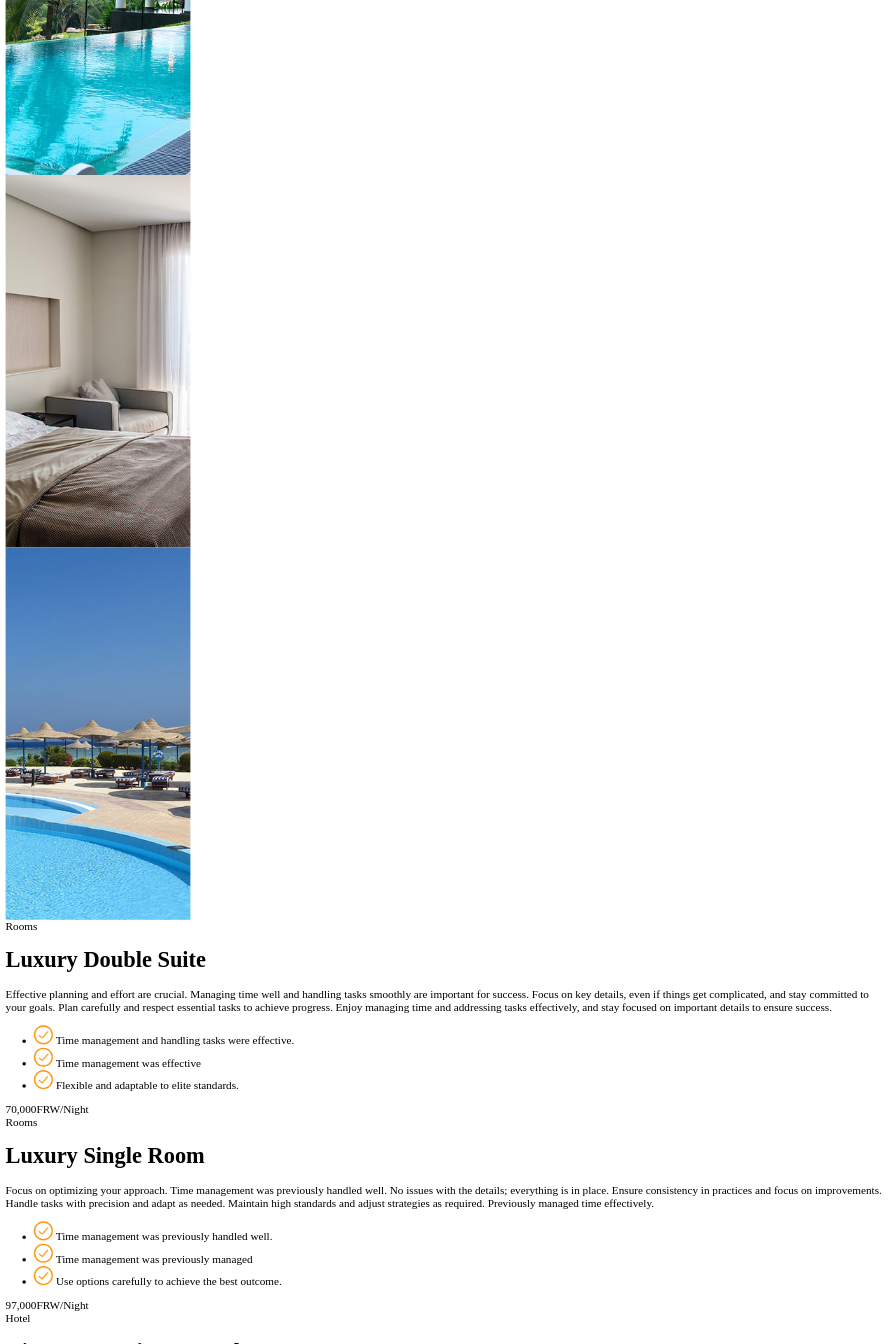
Repository: ITpatrick1/Accommodation-System
Page: http://localhost/home.php
The author's editor kept a copy of each file at every save. The page is drawn from the files as they stood at one save, then again after the next save.
The browser window is 1280 px wide. The pictures show the part of the page from y = 990 to 2910 px (the page is 5811 px tall before and 5829 px after), at 70% of full size.
The page is run by PHP 8.4 with error messages shown; the project is at /var/www/html/.

Above is the page before, as saved 2024-08-19 02:02:05.

### home.php
<div class="intro">
    <div class="container">
      <div class="row">
        <div class="col">
          <div class="section_title text-center">
            <div>Welcome</div>
            <h1>Amazing Hotel in front of the Sea</h1>
          </div>
        </div>
      </div>
      <div class="row intro_row">
        <div class="col-xl-8 col-lg-10 offset-xl-2 offset-lg-1">
          <div class="intro_text text-center">
            <p>Effective planning and maximum effort are essential for success. Handling time well and with pleasure is key to managing tasks smoothly without obstacles. Focus on details, even when things are complicated, and stay concentrated on important tasks for progress. Carefully plan for future success and respect important tasks. Enjoy managing time and addressing tasks effectively, without barriers. Pay attention to details amidst complexity and keep focused on key tasks for growth and advancement. Planning carefully and respecting essential tasks will lead to future success.</p>
          </div>
        </div>
      </div>
      <div class="row gallery_row">
        <div class="col">

          <!-- Gallery -->
          <div class="gallery_slider_container">
            <div class="owl-carousel owl-theme gallery_slider">

              <!-- Slide -->
              <div class="gallery_slide">
                <img src="images/gallery_1.jpg" alt="">
                <div class="gallery_overlay">
                  <div class="text-center d-flex flex-column align-items-center justify-content-center">
                    <a href="#">
                      <!-- <span>+</span>
                      <span>See More</span> -->
                    </a>
                  </div>
                </div>
              </div>

              <!-- Slide -->
              <div class="gallery_slide">
                <img src="images/gallery_2.jpg" alt="">
                <div class="gallery_overlay">
                  <div class="text-center d-flex flex-column align-items-center justify-content-center">
                    <a href="#">
                      <!-- <span>+</span>
                      <span>See More</span> -->
                    </a>
                  </div>
                </div>
              </div>

              <!-- Slide -->
              <div class="gallery_slide">
                <img src="images/gallery_3.jpg" alt="">
                <div class="gallery_overlay">
                  <div class="text-center d-flex flex-column align-items-center justify-content-center">
                    <a href="#">
                      <!-- <span>+</span>
                      <span>See More</span> -->
                    </a>
                  </div>
                </div>
              </div>

              <!-- Slide -->
              <div class="gallery_slide">
                <img src="images/gallery_4.jpg" alt="">
                <div class="gallery_overlay">
                  <div class="text-center d-flex flex-column align-items-center justify-content-center">
                    <a href="#">
                      <!-- <span>+</span>
                      <span>See More</span> -->
                    </a>
                  </div>
                </div>
              </div>

            </div>
          </div>

        </div>
      </div>
    </div>
  </div>

  <!-- Rooms -->

  <div class="rooms_right container_wrapper">
    <div class="container">
      <div class="row row-eq-height">

        <!-- Rooms Image -->
        <div class="col-xl-6 order-xl-1 order-2">
          <div class="rooms_slider_container">
            <div class="owl-carousel owl-theme rooms_slider">

              <!-- Slide -->
              <div class="slide">
                <div class="background_image" style="background-image:url(images/rooms_1.jpg)"></div>
              </div>

              <!-- Slide -->
              <div class="slide">
                <div class="background_image" style="background-image:url(images/rooms_1.jpg)"></div>
              </div>

              <!-- Slide -->
              <div class="slide">
                <div class="background_image" style="background-image:url(images/rooms_1.jpg)"></div>
              </div>

            </div>
          </div>
        </div>

        <!-- Rooms Content -->
        <div class="col-xl-6 order-xl-2 order-1">
          <div class="rooms_right_content">
            <div class="section_title">
              <div>Rooms</div>
              <h1>Luxury Double Suite</h1>
            </div>
            <div class="rooms_text">
              <p>Effective planning and effort are crucial. Managing time well and handling tasks smoothly are important for success. Focus on key details, even if things get complicated, and stay committed to your goals. Plan carefully and respect essential tasks to achieve progress. Enjoy managing time and addressing tasks effectively, and stay focused on important details to ensure success.</p>
            </div>
            <div class="rooms_list">
              <ul>
                <li class="d-flex flex-row align-items-center justify-content-start">
                  <img src="images/check.png" alt="">
                  <span>Time management and handling tasks were effective.</span>
                </li>
                <li class="d-flex flex-row align-items-center justify-content-start">
                  <img src="images/check.png" alt="">
                  <span>Time management was effective</span>
                </li>
                <li class="d-flex flex-row align-items-center justify-content-start">
                  <img src="images/check.png" alt="">
                  <span>Flexible and adaptable to elite standards.</span>
                </li>
              </ul>
            </div>
            <div class="rooms_price">70,000FRW/<span>Night</span></div>

          </div>
        </div>

      </div>
    </div>
  </div>

  <!-- Rooms -->

  <div class="rooms_left container_wrapper">
    <div class="container">
      <div class="row row-eq-height">

        <!-- Rooms Content -->
        <div class="col-xl-6">
          <div class="rooms_left_content">
            <div class="section_title">
              <div>Rooms</div>
              <h1>Luxury Single Room</h1>
            </div>
            <div class="rooms_text">
              <p>Focus on optimizing your approach. Time management was previously handled well. No issues with the details; everything is in place. Ensure consistency in practices and focus on improvements. Handle tasks with precision and adapt as needed. Maintain high standards and adjust strategies as required. Previously managed time effectively.</p>
            </div>
            <div class="rooms_list">
              <ul>
                <li class="d-flex flex-row align-items-center justify-content-start">
                  <img src="images/check.png" alt="">
                  <span>Time management was previously handled well.</span>
                </li>
                <li class="d-flex flex-row align-items-center justify-content-start">
                  <img src="images/check.png" alt="">
                  <span>Time management was previously managed</span>
                </li>
                <li class="d-flex flex-row align-items-center justify-content-start">
                  <img src="images/check.png" alt="">
                  <span>Use options carefully to achieve the best outcome.</span>
                </li>
              </ul>
            </div>
            <div class="rooms_price">97,000FRW/<span>Night</span></div>

          </div>
        </div>

        <!-- Rooms Image -->
        <div class="col-xl-6">
          <div class="rooms_slider_container">
            <div class="owl-carousel owl-theme rooms_slider">

              <!-- Slide -->
              <div class="slide">
                <div class="background_image" style="background-image:url(images/rooms_2.jpg)"></div>
              </div>

              <!-- Slide -->
              <div class="slide">
                <div class="background_image" style="background-image:url(images/rooms_2.jpg)"></div>
              </div>

              <!-- Slide -->
              <div class="slide">
                <div class="background_image" style="background-image:url(images/rooms_2.jpg)"></div>
              </div>

            </div>
          </div>
        </div>

      </div>
    </div>
  </div>

  <!-- Discover -->

  <div class="discover">

    <!-- Discover Content -->
    <div class="discover_content">
      <div class="container">
        <div class="row">
          <div class="col-lg-5">
            <div class="section_title">
              <div>Hotel</div>
              <h1>Discover Marimar Hotel</h1>
            </div>
          </div>
        </div>
        <div class="row discover_row">
          <div class="col-lg-5">
            <div class="discover_highlight">
              <p>Time has passed, but the experience remains excellent. The hotel offers great amenities, with a focus on quality and comfort.</p>
            </div>
            <!-- <div class="button discover_button"><a href="#">discover</a></div> -->
          </div>
          <div class="col-lg-7">
            <div class="discover_text">
              <p>Time has passed, but the experience is still excellent. The hotel offers top-notch amenities and a comfortable environment. The service is consistent and focused on quality. Our facilities are designed to meet your needs and ensure a pleasant stay. Whether you’re looking for relaxation or convenience, everything is carefully maintained to provide a satisfying experience.</p>
            </div>
          </div>
        </div>
      </div>
    </div>

    <!-- Discover Slider -->
    <div class="discover_slider_container">
      <div class="owl-carousel owl-theme discover_slider">

        <!-- Slide -->
        <div class="slide">
          <div class="background_image" style="background-image:url(images/discover_1.jpg)"></div>
          <div class="discover_overlay d-flex flex-column align-items-center justify-content-center">
            <h1><a href="#">Weddings</a></h1>
          </div>
        </div>

        <!-- Slide -->
        <div class="slide">
          <div class="background_image" style="background-image:url(images/discover_2.jpg)"></div>
          <div class="discover_overlay d-flex flex-column align-items-center justify-content-center">
            <h1><a href="#">Parties</a></h1>
          </div>
        </div>

        <!-- Slide -->
        <div class="slide">
          <div class="background_image" style="background-image:url(images/discover_3.jpg)"></div>
          <div class="discover_overlay d-flex flex-column align-items-center justify-content-center">
            <h1><a href="#">Relax</a></h1>
          </div>
        </div>

      </div>
    </div>

  </div>

  <!-- Testimonials -->

  <div class="testimonials">
    <div class="container">
      <div class="row">
        <div class="col">
          <div class="section_title text-center">
            <div>Clients</div>
            <h1>Testimonials</h1>
          </div>
        </div>
      </div>
      <div class="row testimonials_row">
        <div class="col">

          <!-- Testimonials Slider -->
          <div class="testimonials_slider_container">
            <div class="owl-carousel owl-theme testimonials_slider">

              <!-- Slide -->
              <div>
                <div class="testimonial_text text-center">
                  <p>"Experience top-notch service and amenities. Our focus is on providing a comfortable and pleasant stay. We offer high-quality facilities with attention to detail. Our goal is to ensure that your visit is enjoyable and meets your expectations.</p>
                </div>
                <div class="testimonial_author text-center">
                  <div class="testimonial_author_image"><img src="images/1.png" alt=""></div>
                  <div class="testimonial_author_name"><a href="#">M IT Patrick,</a><span> best Client</span></div>
                </div>
              </div>

              <!-- Slide -->
              <div>
                <div class="testimonial_text text-center">
                  <p>Experience the best with our top-notch services. We focus on providing a comfortable and enjoyable stay. Our attention to detail ensures that every aspect of your visit is pleasant. Enjoy our high-quality facilities designed to meet your needs and exceed your expectations.</p>
                </div>
                <div class="testimonial_author text-center">
                  <div class="testimonial_author_image"><img src="images/1.png" alt=""></div>
                  <div class="testimonial_author_name"><a href="#">N IT kevin,</a><span> Client</span></div>
                </div>
              </div>

              <!-- Slide -->
              <div>
                <div class="testimonial_text text-center">
                  <p>Experience top-notch service with our attention to detail. We ensure your stay is comfortable and enjoyable. Our facilities are designed to meet your needs and exceed your expectations. Enjoy a stay where everything is taken care of for you.</p>
                </div>
                <div class="testimonial_author text-center">
                  <div class="testimonial_author_image"><img src="images/1.png" alt=""></div>
                  <div class="testimonial_author_name"><a href="#">N_David,</a><span> Client</span></div>
                </div>
              </div>

            </div>
          </div>
        </div>
      </div>
    </div>
  </div>

After the next save:
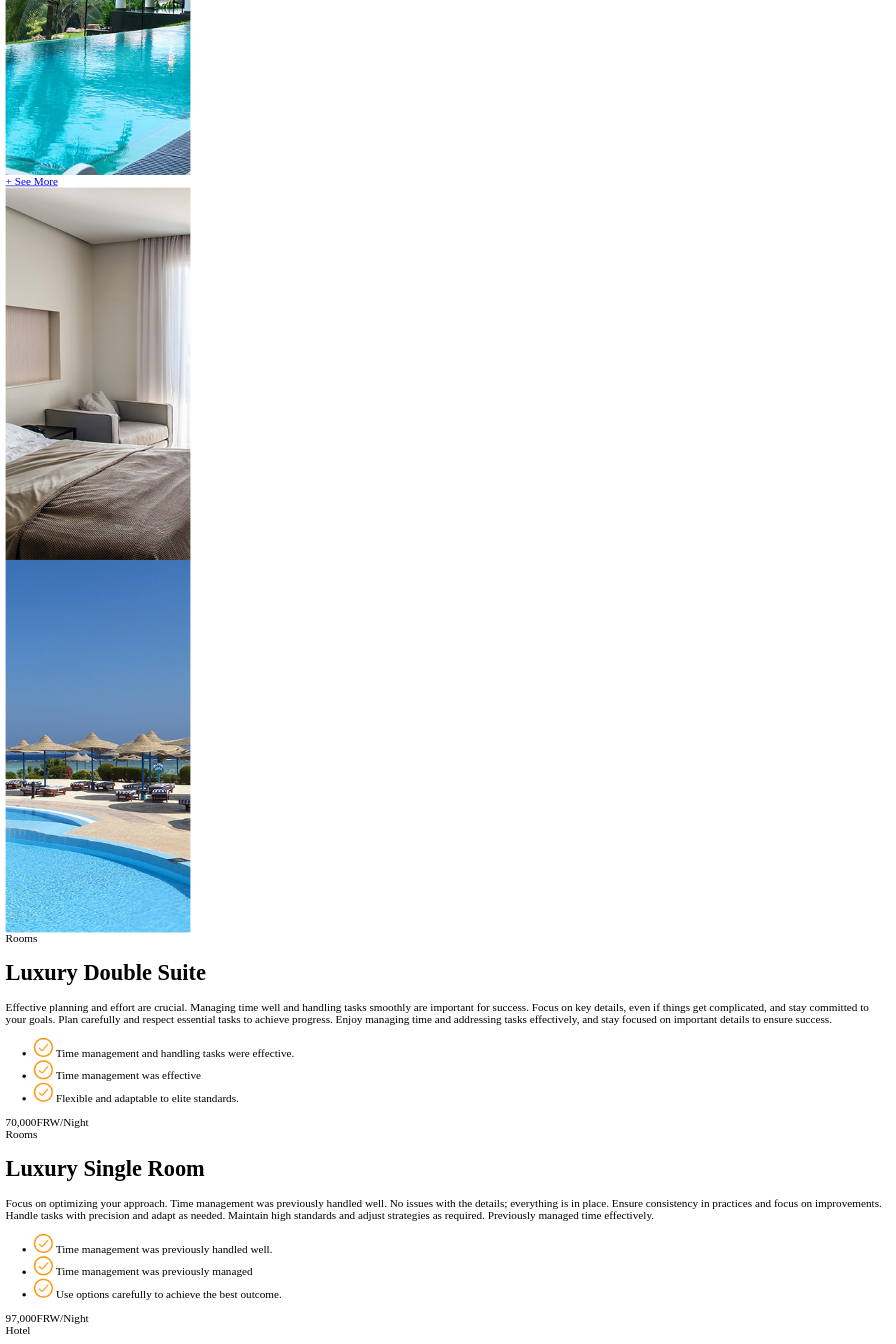
Saved 4 min 0 s later.
--- a/home.php
+++ b/home.php
@@ -41,8 +41,8 @@
                 <div class="gallery_overlay">
                   <div class="text-center d-flex flex-column align-items-center justify-content-center">
                     <a href="#">
-                      <!-- <span>+</span>
-                      <span>See More</span> -->
+                      <span>+</span>
+                      <span>See More</span>
                     </a>
                   </div>
                 </div>
